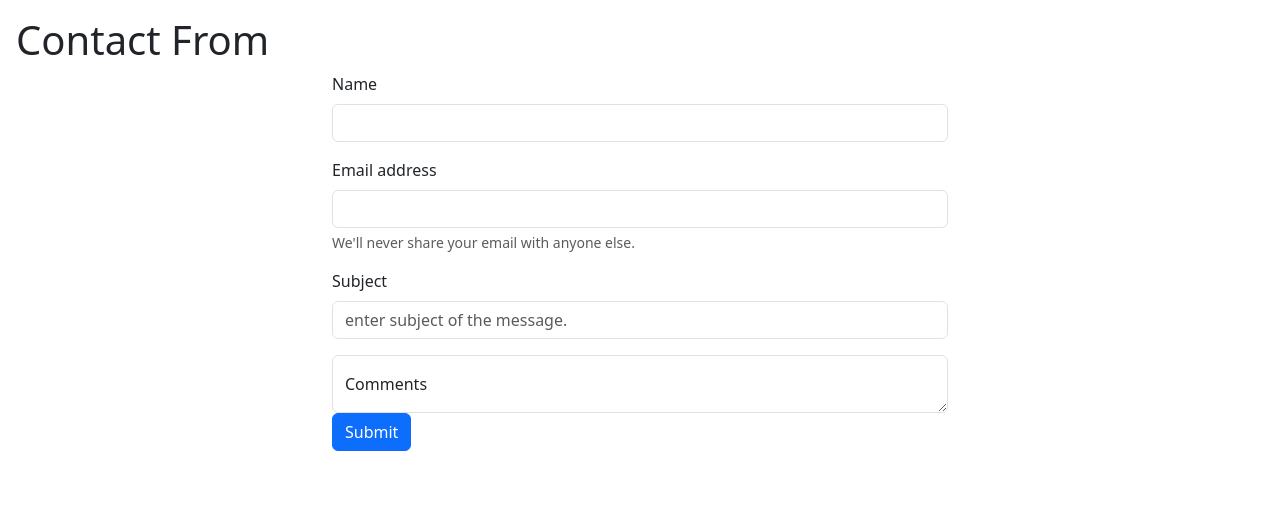
Repository: syni18/bootstrap_form
Page: index.html
An editor plug-in stored every save of this project. The page is shown before and after a run of saves, followed by the edit.
The browser window is 1280 px wide. The pictures show the whole page.

Above is the page before, as saved 2023-10-26 15:37:28.

### index.html
<!DOCTYPE html>
<html lang="en">
<head>
    <meta charset="UTF-8">
    <meta name="viewport" content="width=device-width, initial-scale=1.0">
    <link href="https://cdn.jsdelivr.net/npm/bootstrap@5.3.2/dist/css/bootstrap.min.css" rel="stylesheet" integrity="sha384-T3c6CoIi6uLrA9TneNEoa7RxnatzjcDSCmG1MXxSR1GAsXEV/Dwwykc2MPK8M2HN" crossorigin="anonymous">
    <title>Contact From</title>
    <style>
        textarea{
            height: 200px;
        }
    </style>
</head>
<body>
    <h1 class="display-6 ms-3 mt-3">Contact From</h1>
    <form class="container w-50">
  <div class="mb-3">
    <label for="exampleInputName1" class="form-label">Name</label>
    <input type="name" class="form-control" id="exampleInputName1" aria-describedby="NameHelp">
  </div>
  <div class="mb-3">
    <label for="exampleInputEmail1" class="form-label">Email address</label>
    <input type="email" class="form-control" id="exampleInputEmail1" aria-describedby="emailHelp">
    <div id="emailHelp" class="form-text">We'll never share your email with anyone else.</div>
  </div>
  <div class="mb-3">
    <label for="exampleInputSubject1" class="form-label">Subject</label>
    <input type="text" class="form-control" id="exampleInputsubject1" aria-describedby="subjectHelp" placeholder="enter subject of the message.">
  </div>
  <div class="form-floating">
  <textarea class="form-control" placeholder="Leave a comment here" id="floatingTextarea2"></textarea>
  <label for="floatingTextarea2">Comments</label>
</div>

  <button type="submit" class="btn btn-primary">Submit</button>
</form>
    <script src="https://cdn.jsdelivr.net/npm/bootstrap@5.3.2/dist/js/bootstrap.bundle.min.js" integrity="sha384-C6RzsynM9kWDrMNeT87bh95OGNyZPhcTNXj1NW7RuBCsyN/o0jlpcV8Qyq46cDfL" crossorigin="anonymous"></script>
</body>
</html>

After the next 2 saves:
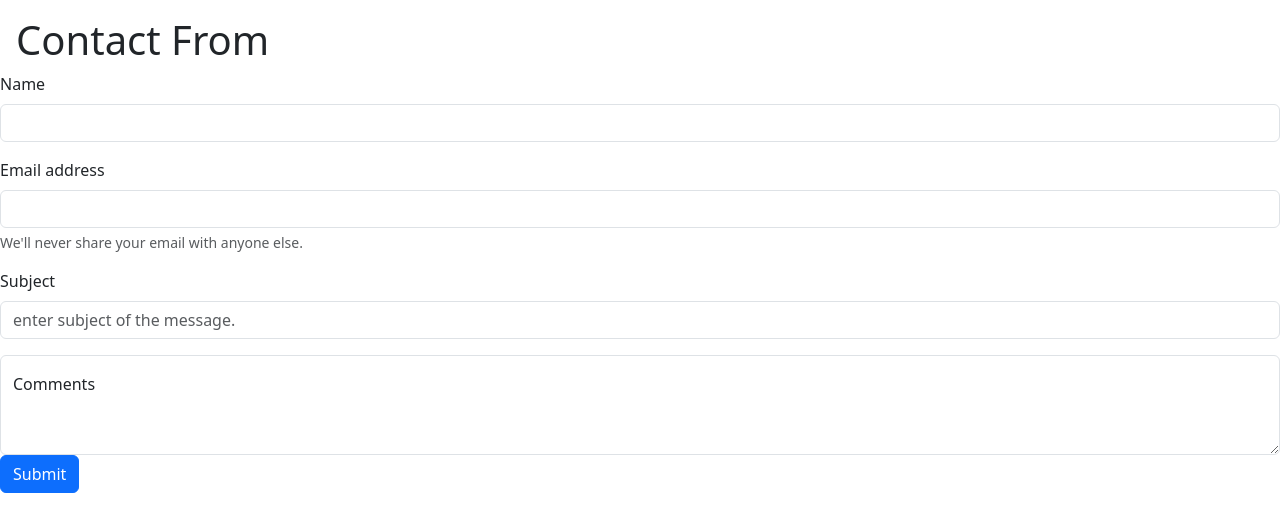
The 2 saves are shown as one change because they came seconds apart.
The last was saved 31 s later.
--- a/index.html
+++ b/index.html
@@ -5,15 +5,10 @@
     <meta name="viewport" content="width=device-width, initial-scale=1.0">
     <link href="https://cdn.jsdelivr.net/npm/bootstrap@5.3.2/dist/css/bootstrap.min.css" rel="stylesheet" integrity="sha384-T3c6CoIi6uLrA9TneNEoa7RxnatzjcDSCmG1MXxSR1GAsXEV/Dwwykc2MPK8M2HN" crossorigin="anonymous">
     <title>Contact From</title>
-    <style>
-        textarea{
-            height: 200px;
-        }
-    </style>
 </head>
 <body>
     <h1 class="display-6 ms-3 mt-3">Contact From</h1>
-    <form class="container w-50">
+    <form>
   <div class="mb-3">
     <label for="exampleInputName1" class="form-label">Name</label>
     <input type="name" class="form-control" id="exampleInputName1" aria-describedby="NameHelp">
@@ -28,7 +23,7 @@
     <input type="text" class="form-control" id="exampleInputsubject1" aria-describedby="subjectHelp" placeholder="enter subject of the message.">
   </div>
   <div class="form-floating">
-  <textarea class="form-control" placeholder="Leave a comment here" id="floatingTextarea2"></textarea>
+  <textarea class="form-control" placeholder="Leave a comment here" id="floatingTextarea2" style="height: 100px"></textarea>
   <label for="floatingTextarea2">Comments</label>
 </div>
 
